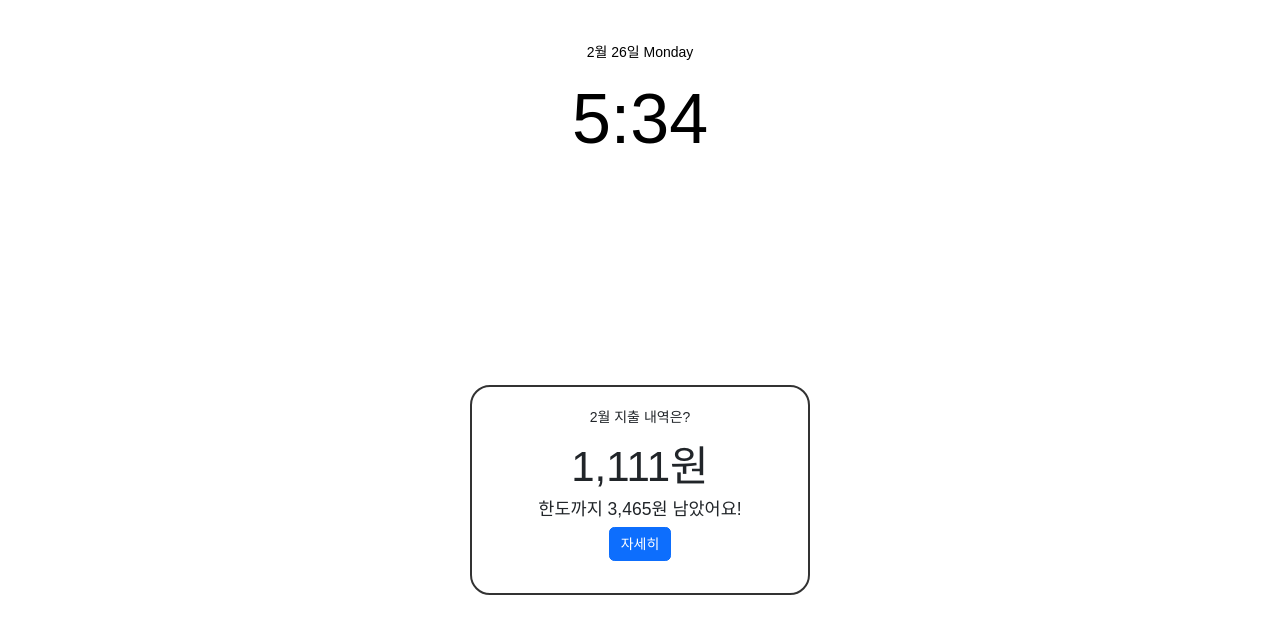
Repository: kimSummerrain/KairosHackathon
Page: venvs/karios/templates/startscreen.html
The author's editor kept a copy of each file at every save. The page is drawn from the files as they stood at one save, then again after the next save.
The browser window is 1280 px wide. The pictures show the whole page.

Above is the page before, as saved 2024-02-26 15:14:37.

After the next save:
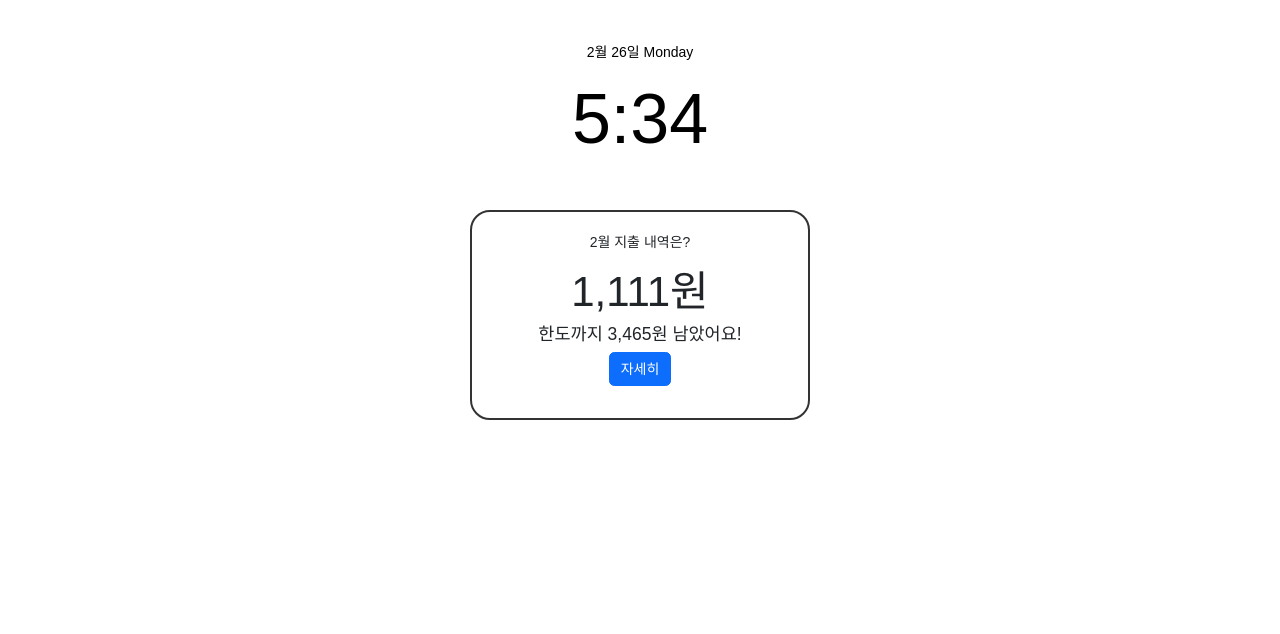
Saved 42 s later.
--- a/venvs/karios/templates/startscreen.html
+++ b/venvs/karios/templates/startscreen.html
@@ -17,7 +17,7 @@
     <div class="container-fluid p-5 bg-white text-black text-center">
         <p id="date"></p>
         <h1 id="time"></h1>
-        <h1><br><br></h1>
+        <h1 class="margin-top"></h1>
     </div>
     <div class="rounded-rectangle">
         <p id="month"></p>
